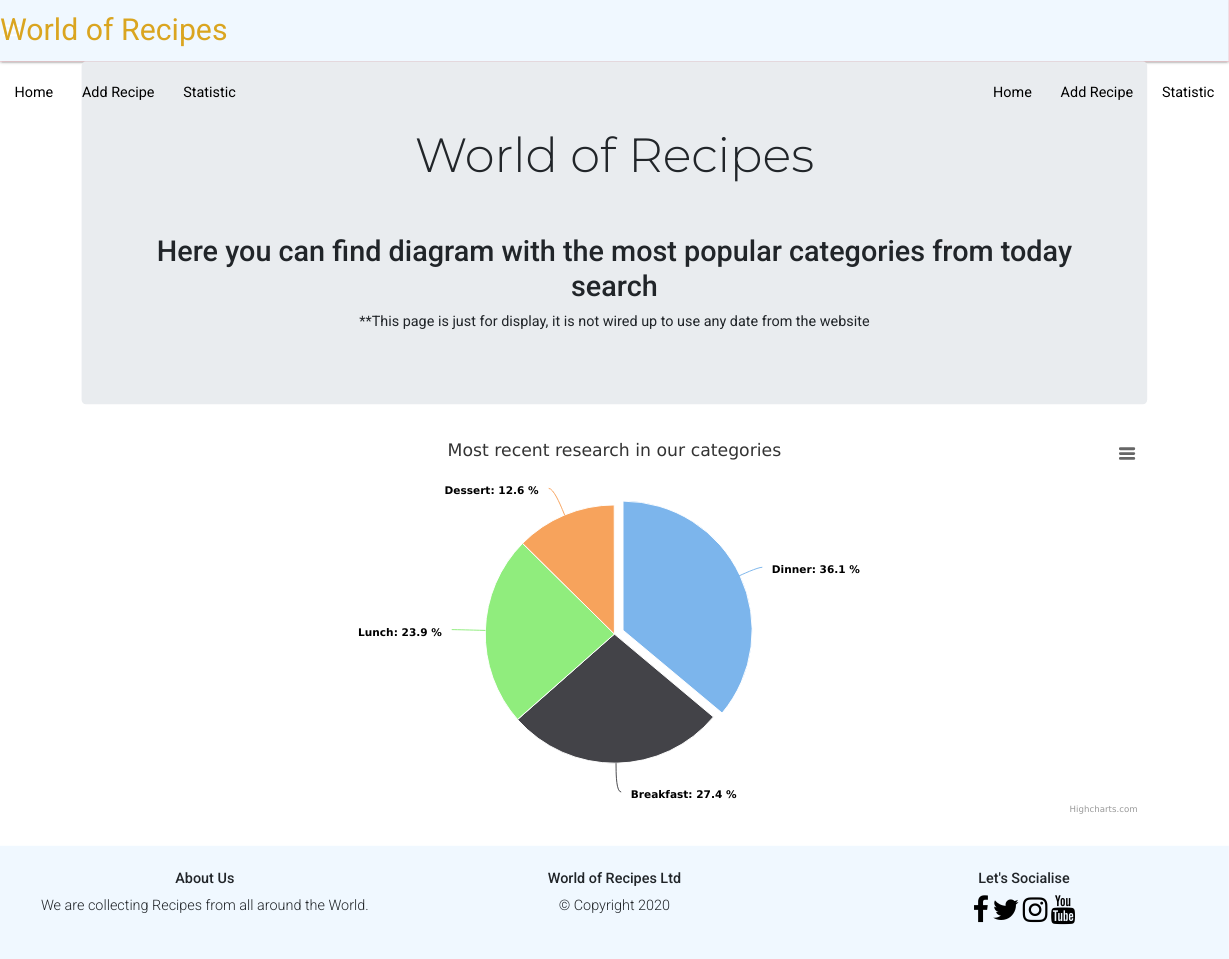
Repository: MarzDell/worldofrecipes
Page: http://localhost/stat
The author's editor kept a record of every edit. The page is drawn from the files as they stood at one moment, then again after the next edit.
The browser window is 1280 px wide. The pictures show the whole page, at 96% of full size.
Some web libraries are served in a nearby version. The page is served by the project's application, run on Flask 3 (app.py).

Above is the page before.

After the next edit:
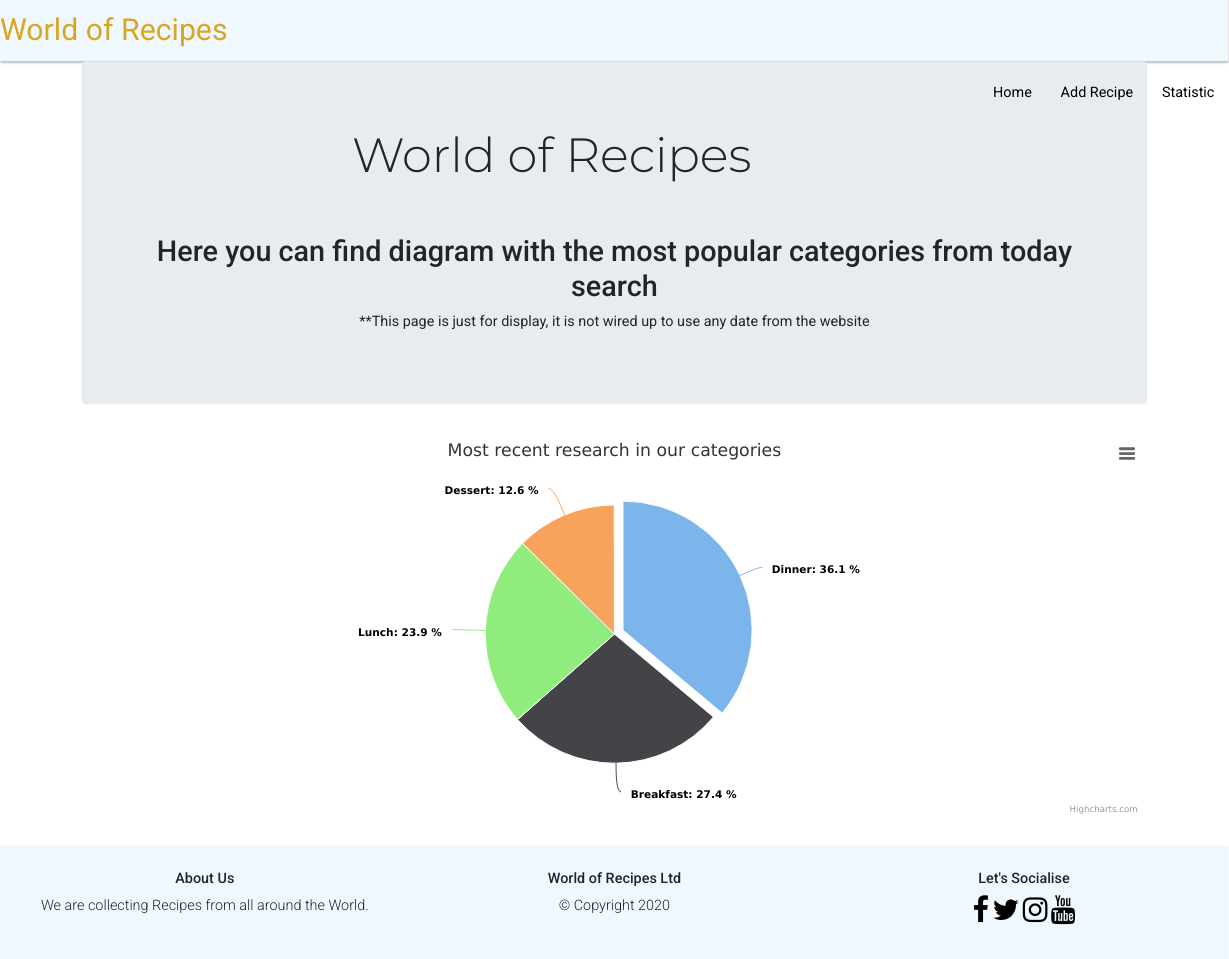
The edit:
--- a/templates/base.html
+++ b/templates/base.html
@@ -20,11 +20,7 @@
                     <li><a href="{{ url_for('add_recipe') }}">Add Recipe</a></li>
                     <li><a href="{{ url_for('stat') }}">Statistic</a></li>
                 </ul>
-                <ul class="side-nav" id="mobile-demo">
-                    <li><a href="{{ url_for('view_recipe') }}">Home</a></li>
-                    <li><a href="{{ url_for('add_recipe') }}">Add Recipe</a></li>
-                    <li><a href="{{ url_for('stat') }}">Statistic</a></li>
-                </ul>
+
 
             </div>
         </nav>
